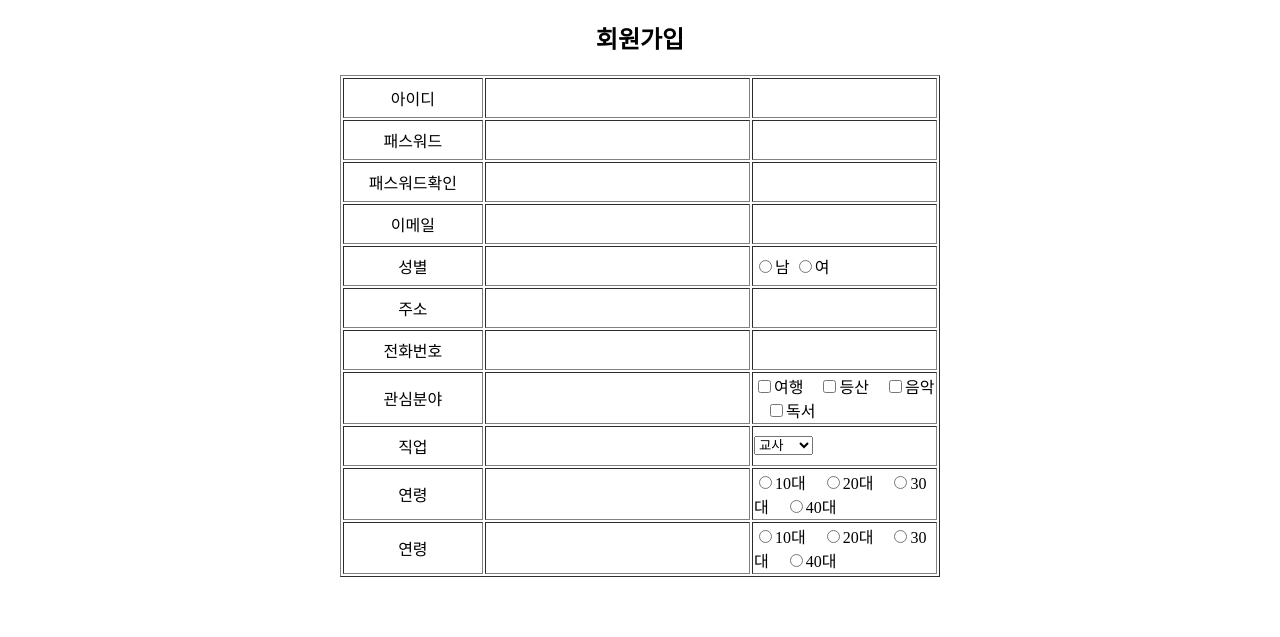
Repository: topblame/Bootcamp
Page: http://localhost/JSP_250408/chapter01/02_member.jsp
These files come from the project's save history. The page is drawn as it stood at one moment and after the next save; the edit follows.
The browser window is 1280 px wide. The pictures show the whole page.
The page is served by Tomcat 9.

Above is the page before, as saved 2025-06-24 03:57:09.

After the next save:
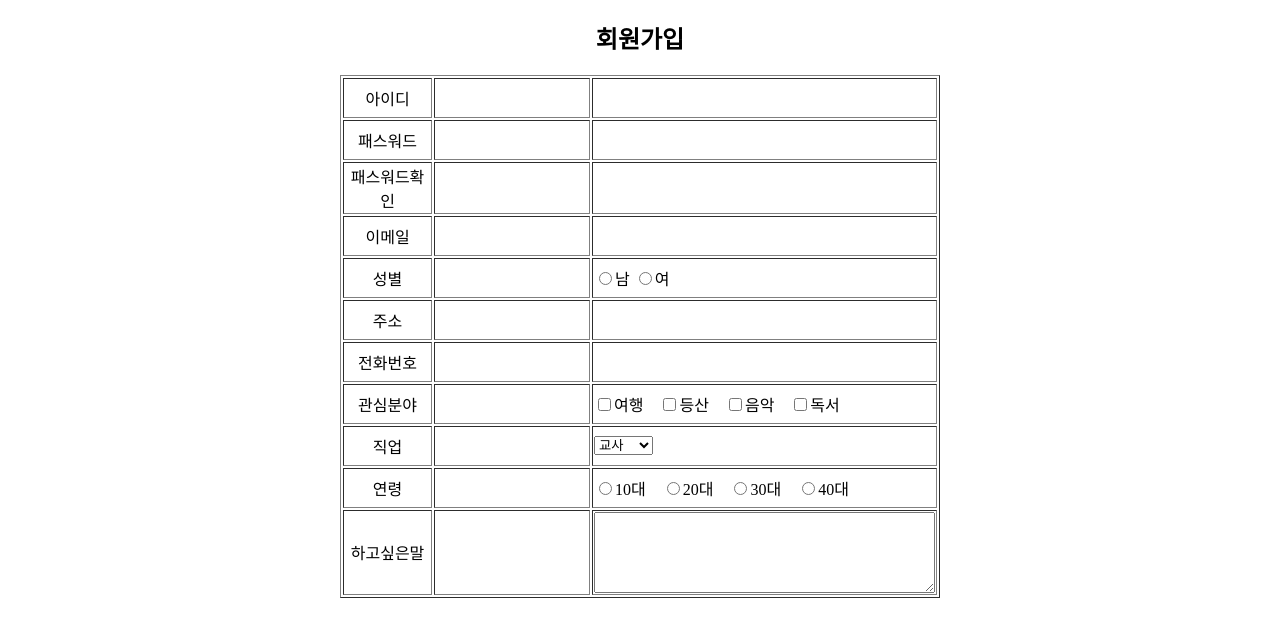
Saved 40 s later.
--- a/WebMvc/JSP_250408/src/main/webapp/chapter01/02_member.jsp
+++ b/WebMvc/JSP_250408/src/main/webapp/chapter01/02_member.jsp
@@ -103,19 +103,15 @@
 						<input type="radio" name= "age" value = "20">20대 &nbsp;&nbsp;
 						<input type="radio" name= "age" value = "30">30대 &nbsp;&nbsp;
 						<input type="radio" name= "age" value = "40">40대 &nbsp;&nbsp;
-						</select>
+
 					</td>
 				</tr>
 
 				<tr height="40">
-					<td width="200" align="center">연령</td>
+					<td width="200" align="center">하고싶은말</td>
 					<td width = "400" align = "left"></td>
 					<td>
-						<input type="radio" name= "age" value = "10">10대 &nbsp;&nbsp;
-						<input type="radio" name= "age" value = "20">20대 &nbsp;&nbsp;
-						<input type="radio" name= "age" value = "30">30대 &nbsp;&nbsp;
-						<input type="radio" name= "age" value = "40">40대 &nbsp;&nbsp;
-						</select>
+						<textarea cols="40" rows="5" name = "info"></textarea>
 					</td>
 				</tr>
 
